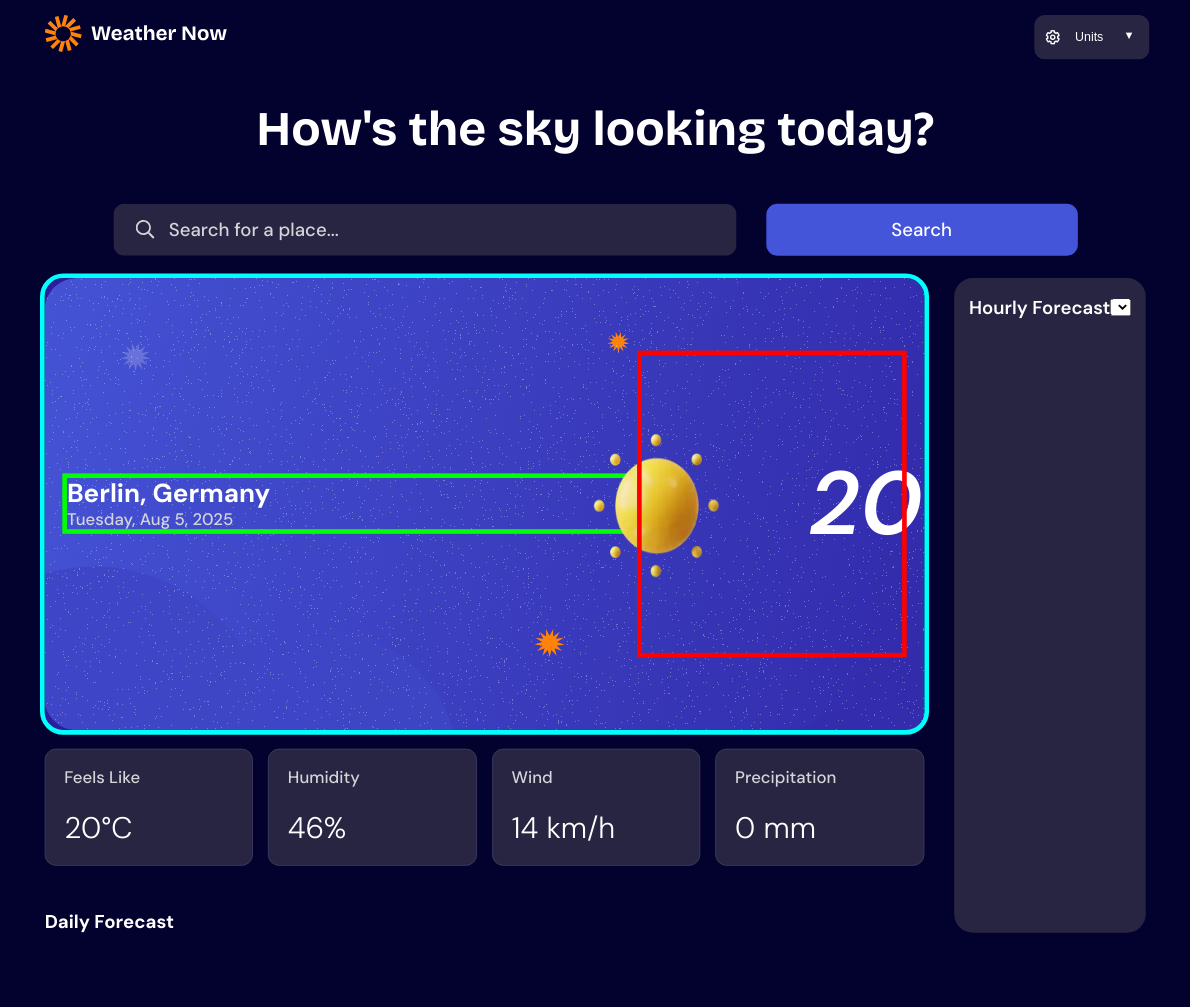
Repository: MKwaak/weather-app-main
Page: index.html
These files come from the project's save history. The page is drawn as it stood at one moment and after the next save; the edit follows.
The browser window is 1280 px wide. The pictures show the whole page, at 93% of full size.
The page's requests for data from a server got no answer.

Above is the page before, as saved 2026-01-29 17:26:13.

After the next save:
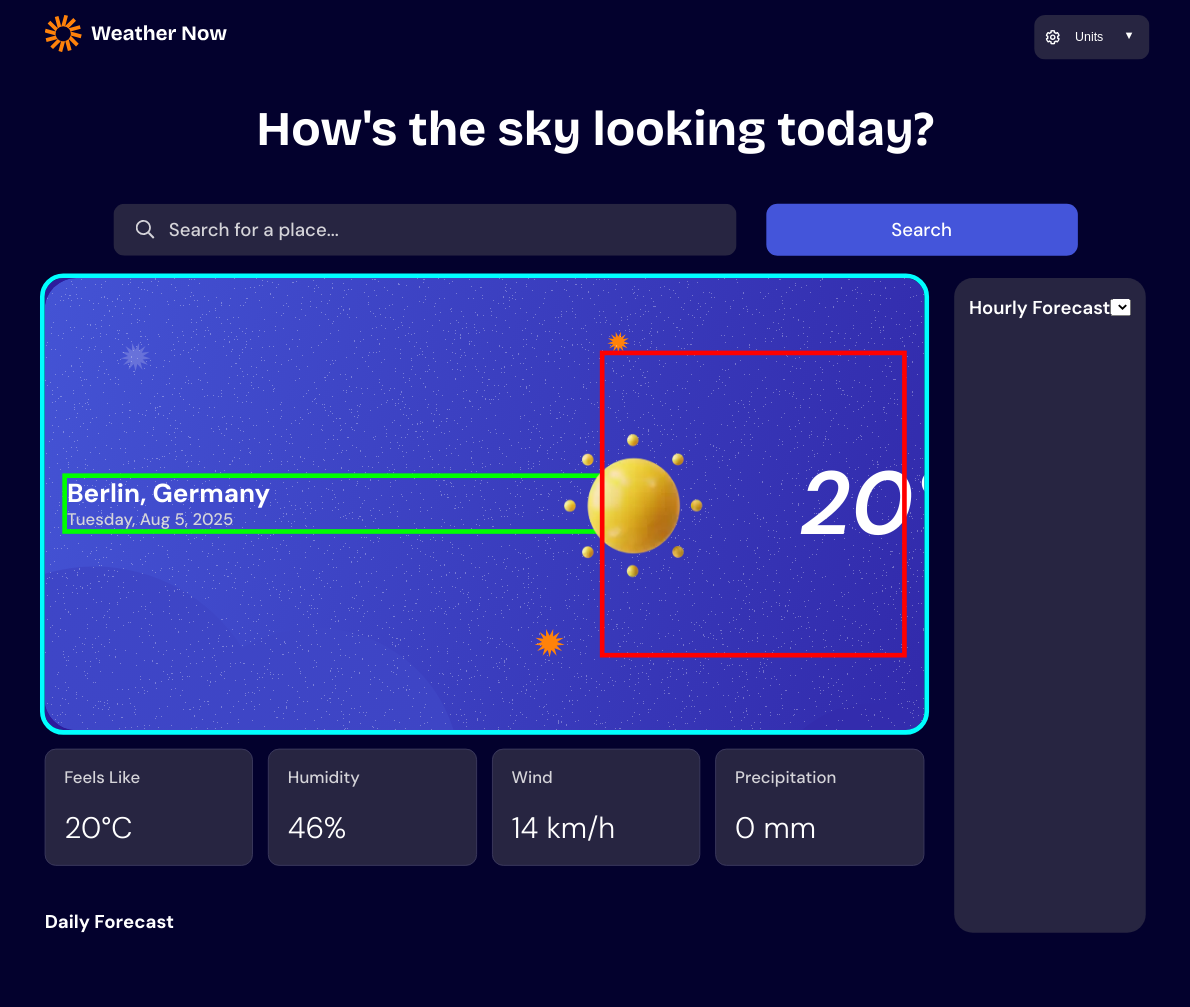
Saved 6 h 19 min later.
--- a/style.css
+++ b/style.css
@@ -425,7 +425,7 @@
 
     @media (width >= calc(700 / 16 * 1rem)) {
       display: grid;
-      grid-template-columns: 1fr 280px;
+      grid-template-columns: 1fr 320px;
       align-items: center;
       background-image: url(/assets/images/bg-today-large.svg);
       gap: 0;
@@ -469,8 +469,9 @@
       justify-content: center;
 
       @media (width >= calc(700 / 16 * 1rem)) {
-        width: 280px;
+        width: 320px;
         justify-content: flex-end;
+        padding-right: 10px; /* Geeft een klein beetje ademruimte vanaf de rand */
         display: flex;
         gap: 24px;
       }
@@ -478,6 +479,7 @@
       /* Temp hoort hier ook in als hij in de rode bak zit */
       .current__temp {
         font-size: var(--fs-96);
+        white-space: nowrap;
         line-height: 1;
         font-weight: 600;
         font-style: italic;
